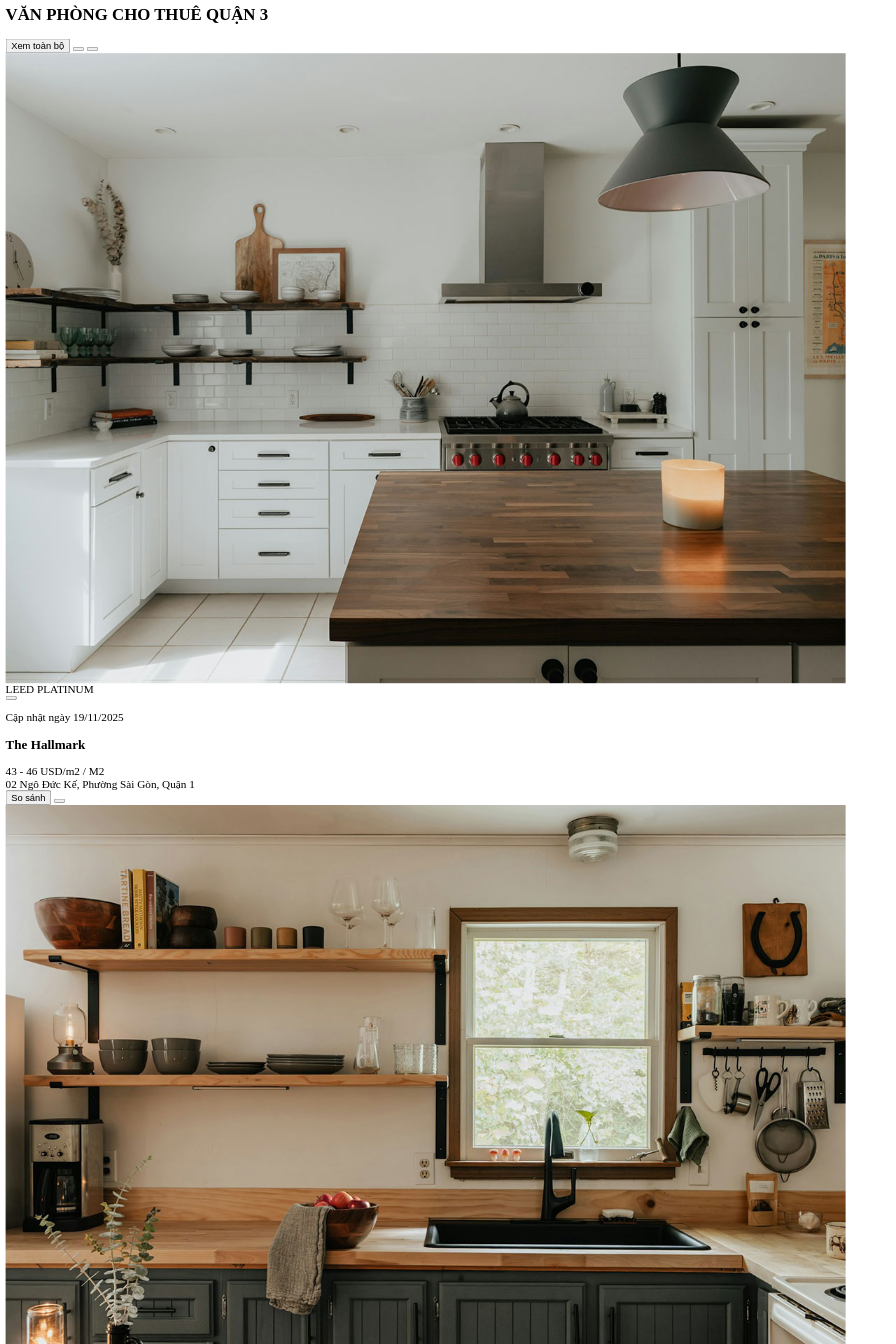
Repository: lannguyen1301/anphuholdings-main
Page: partials/office-rental/office-rental-ward-3.html
These files come from the project's save history. The page is drawn as it stood at one moment and after the next save; the edit follows.
The browser window is 1280 px wide. The pictures show the part of the page from y = 0 to 1920 px (the page is 8679 px tall), at 70% of full size.

Above is the page before, as saved 2025-12-31 14:48:13.

After the next save:
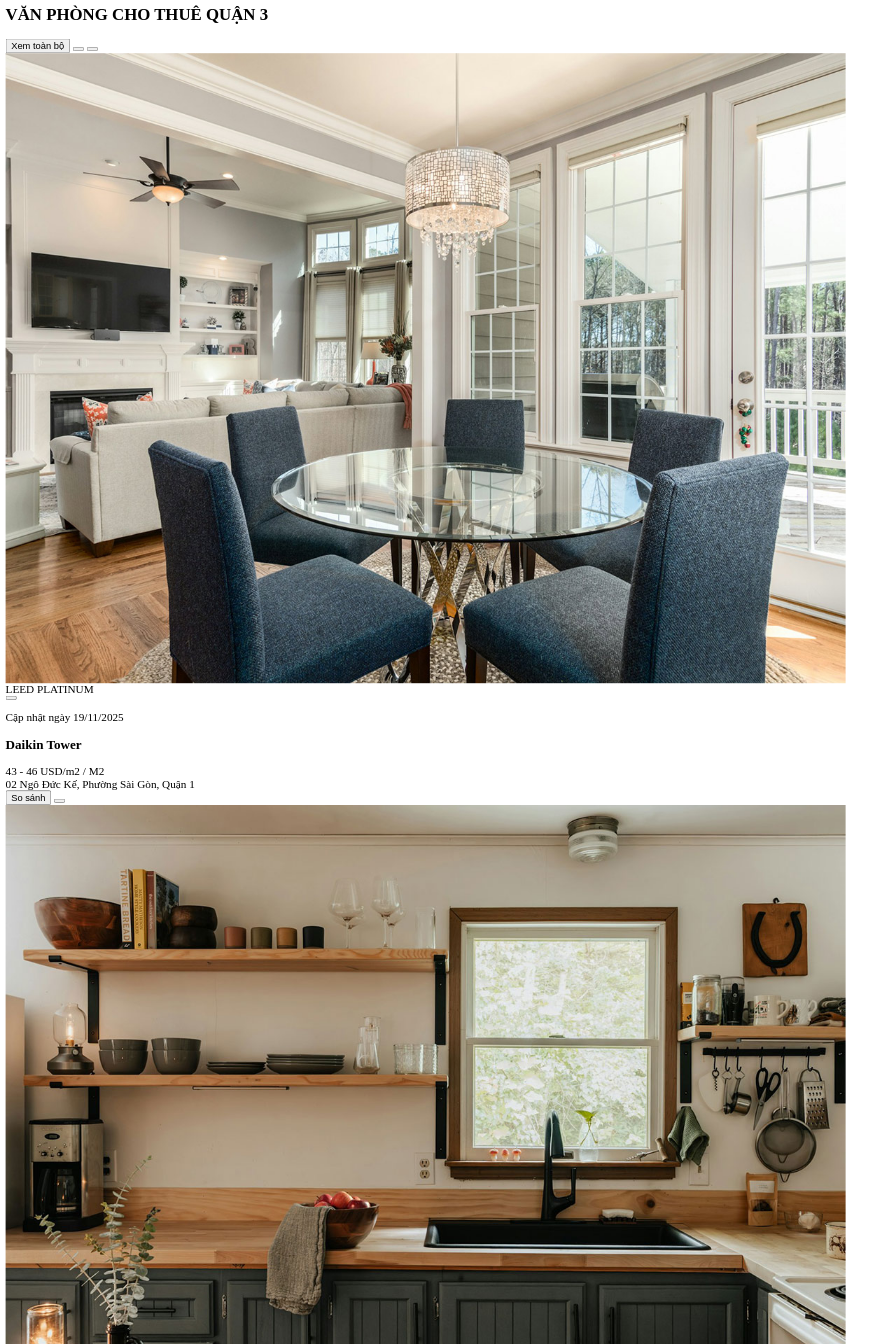
Saved 34 s later.
--- a/partials/office-rental/office-rental-ward-3.html
+++ b/partials/office-rental/office-rental-ward-3.html
@@ -32,7 +32,7 @@
                 style="width: 292px;" data-aos="fade-right">
                 <div class="relative overflow-hidden">
                     <div class="flex h-48 items-center justify-center bg-slate-200">
-                        <img src="assets/images/detail/detail-9.jpg" alt=""
+                        <img src="assets/images/detail/detail-17.jpg" alt=""
                             class="block w-full h-full object-cover aspect-4/3">
                     </div>
                     <div class="absolute left-3 top-2 rounded bg-gold px-2 py-1 text-xs font-semibold text-white">
@@ -48,7 +48,7 @@
                         Cập nhật ngày 19/11/2025
                     </p>
                     <h3 class="mb-3 text-lg font-semibold text-navy overflow-ellipsis line-clamp-1">
-                        The Hallmark
+                        Daikin Tower
                     </h3>
 
                     <div class="mb-2 flex items-center gap-2">
